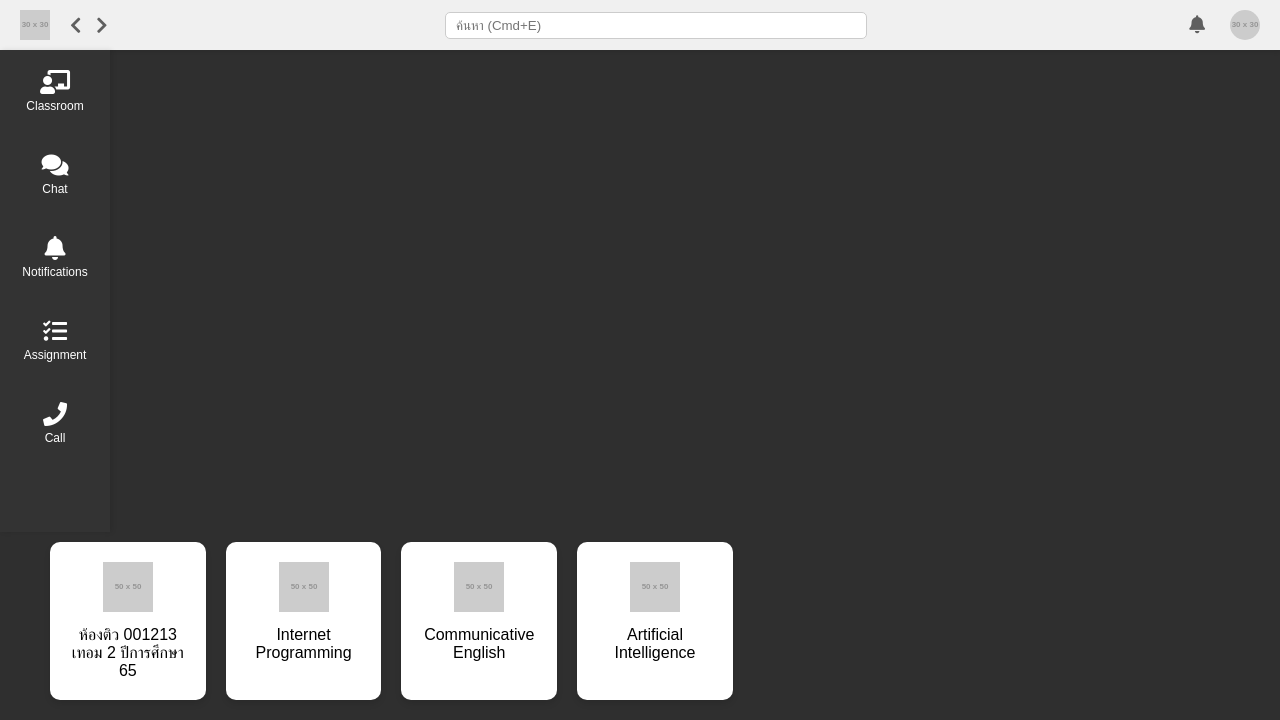
Repository: praifas16/ProPro
Page: docs/studenthead.html
An editor plug-in stored every save of this project. The page is shown before and after the next save, followed by the edit.
The browser window is 1280 px wide. The pictures show the whole page.

Above is the page before, as saved 2024-08-21 20:37:59.

After the next save:
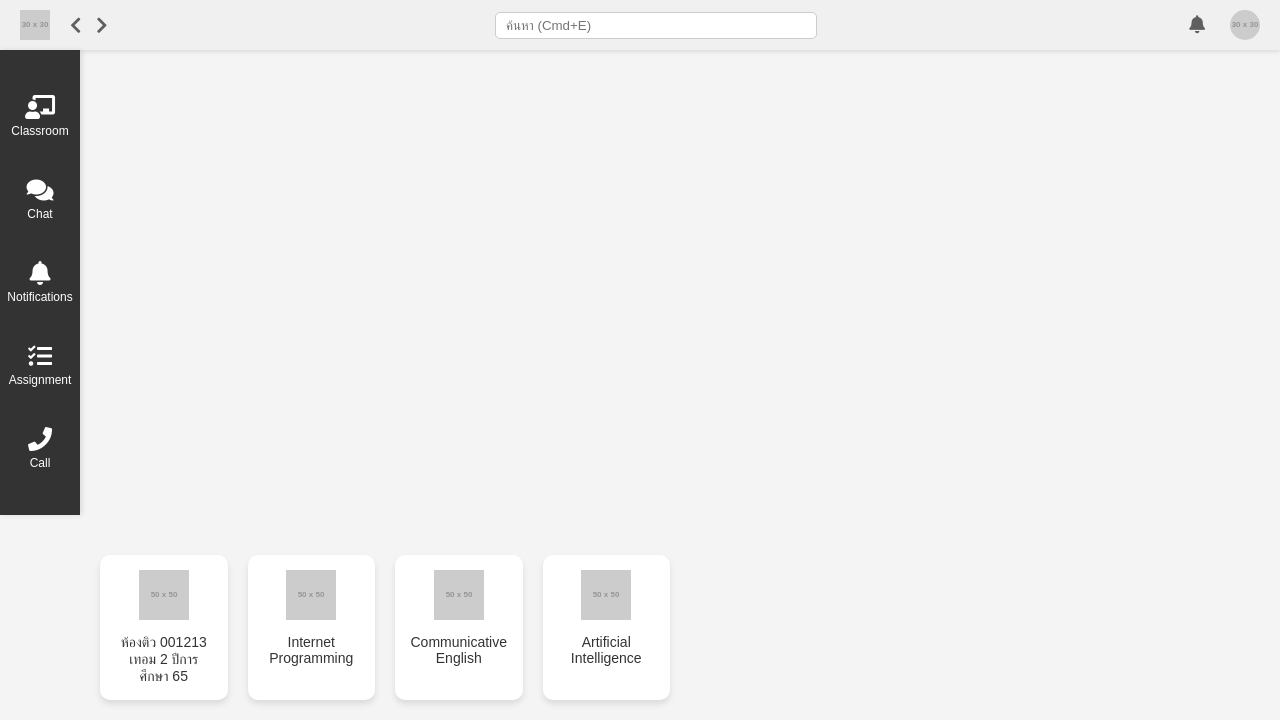
Saved 2 min 41 s later.
--- a/docs/studenthead.html
+++ b/docs/studenthead.html
@@ -10,7 +10,7 @@
         font-family: Arial, sans-serif;
         margin: 0;
         padding: 0;
-        background-color: #2f2f2f;
+        background-color: #f4f4f4;
         display: flex;
         flex-direction: column;
         height: 100vh;
@@ -61,7 +61,7 @@
       }
 
       .topbar .search-bar input {
-        width: 400px;
+        width: 300px;
         padding: 5px 10px;
         border-radius: 5px;
         border: 1px solid #ccc;
@@ -91,11 +91,11 @@
 
       /* เมนูแถบข้าง */
       .sidebar {
-        width: 70px;
+        width: 80px;
         background-color: #333;
         color: white;
         height: calc(100vh - 60px); /* Adjusted to take into account the topbar height */
-        padding: 20px 20px;
+        padding: 10px 0;
         box-shadow: 2px 0 5px rgba(0, 0, 0, 0.1);
         display: flex;
         flex-direction: column;
@@ -103,7 +103,7 @@
       }
 
       .menu-items {
-        margin-top: -10px; /* ขยับเมนูขึ้นไปด้านบน */
+        margin-top: 20px; /* ขยับเมนูขึ้นไปด้านบน */
       }
 
       .sidebar a {
@@ -111,9 +111,9 @@
         flex-direction: column;
         align-items: center;
         color: white;
-        padding: 10px;
+        padding: 15px;
         text-decoration: none;
-        margin-bottom: 20px;
+        margin-bottom: 10px;
         font-size: 12px;
         text-align: center;
       }
@@ -121,7 +121,7 @@
       .sidebar a:hover {
         background-color: #5f5f5f;
         border-radius: 4px;
-        width: 80%;
+        width: 100%;
         text-align: center;
       }
 
@@ -133,14 +133,15 @@
       /* โครงสร้างหน้าเว็บหลัก */
       .main-content {
         flex-grow: 1;
-        padding: 10px 20px 20px 50px; /* ลด padding-top เพื่อขยับขึ้น */
+        padding: 20px;
+        margin-left: 80px; /* เว้นที่ด้านซ้ายสำหรับ sidebar */
       }
 
       .container {
         display: grid;
-        grid-template-columns: repeat(auto-fill, minmax(150px, 1fr));
+        grid-template-columns: repeat(auto-fill, minmax(120px, 1fr));
         gap: 20px;
-        padding-top: 0px; /* ปรับ padding-top ของ container */
+        padding-top: 20px;
       }
 
       .card {
@@ -148,7 +149,7 @@
         border-radius: 10px;
         box-shadow: 0 4px 6px rgba(0, 0, 0, 0.1);
         text-align: center;
-        padding: 20px;
+        padding: 15px;
         transition: transform 0.3s;
       }
 
@@ -164,7 +165,8 @@
 
       .card p {
         margin: 0;
-        font-size: 16px;
+        font-size: 14px;
+        color: #333;
       }
     </style>
   </head>
@@ -195,8 +197,7 @@
     <div class="sidebar">
       <div class="menu-items">
         <a href="#"
-          ><i class="fa fa-chalkboard-teacher"></i><span>Classroom</span></a
-        >
+          ><i class="fa fa-chalkboard-teacher"></i><span>Classroom</span></a>
         <a href="#"><i class="fa fa-comments"></i><span>Chat</span></a>
         <a href="#"><i class="fa fa-bell"></i><span>Notifications</span></a>
         <a href="#"><i class="fa fa-tasks"></i><span>Assignment</span></a>

After the save that followed:
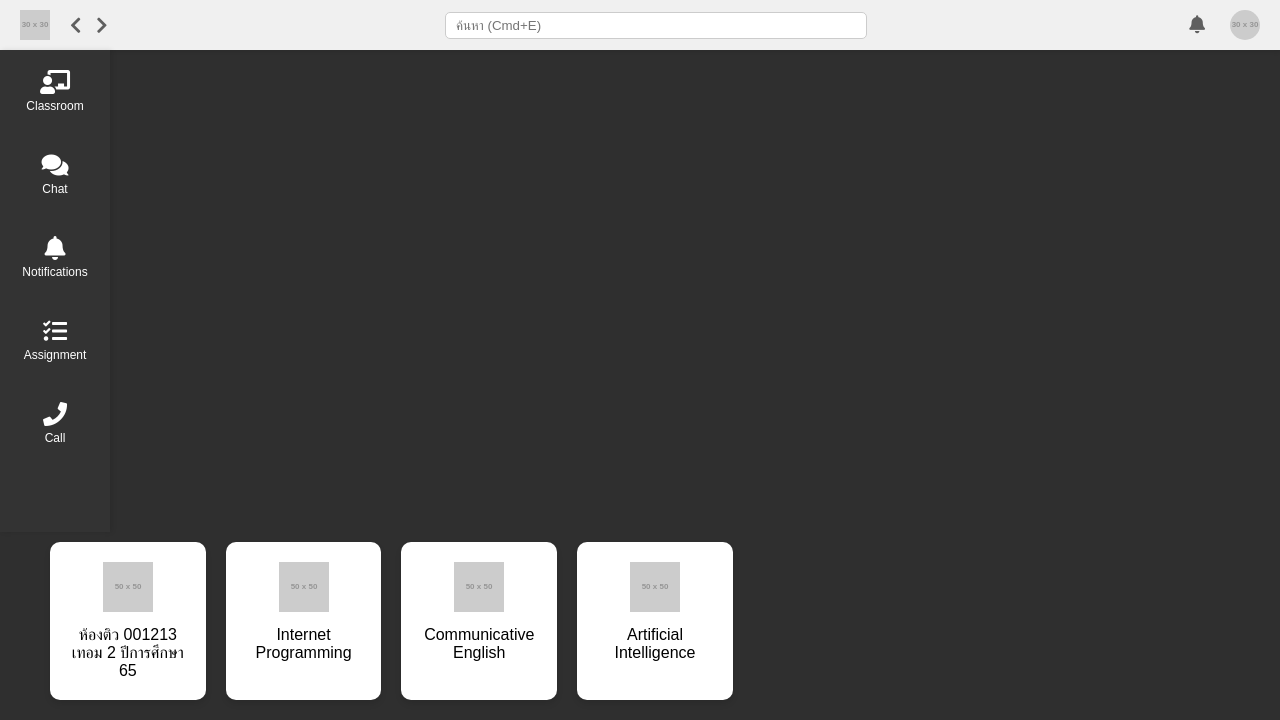
Saved 15 s later.
--- a/docs/studenthead.html
+++ b/docs/studenthead.html
@@ -10,7 +10,7 @@
         font-family: Arial, sans-serif;
         margin: 0;
         padding: 0;
-        background-color: #f4f4f4;
+        background-color: #2f2f2f;
         display: flex;
         flex-direction: column;
         height: 100vh;
@@ -61,7 +61,7 @@
       }
 
       .topbar .search-bar input {
-        width: 300px;
+        width: 400px;
         padding: 5px 10px;
         border-radius: 5px;
         border: 1px solid #ccc;
@@ -91,11 +91,11 @@
 
       /* เมนูแถบข้าง */
       .sidebar {
-        width: 80px;
+        width: 70px;
         background-color: #333;
         color: white;
         height: calc(100vh - 60px); /* Adjusted to take into account the topbar height */
-        padding: 10px 0;
+        padding: 20px 20px;
         box-shadow: 2px 0 5px rgba(0, 0, 0, 0.1);
         display: flex;
         flex-direction: column;
@@ -103,7 +103,7 @@
       }
 
       .menu-items {
-        margin-top: 20px; /* ขยับเมนูขึ้นไปด้านบน */
+        margin-top: -10px; /* ขยับเมนูขึ้นไปด้านบน */
       }
 
       .sidebar a {
@@ -111,9 +111,9 @@
         flex-direction: column;
         align-items: center;
         color: white;
-        padding: 15px;
+        padding: 10px;
         text-decoration: none;
-        margin-bottom: 10px;
+        margin-bottom: 20px;
         font-size: 12px;
         text-align: center;
       }
@@ -121,7 +121,7 @@
       .sidebar a:hover {
         background-color: #5f5f5f;
         border-radius: 4px;
-        width: 100%;
+        width: 80%;
         text-align: center;
       }
 
@@ -133,15 +133,14 @@
       /* โครงสร้างหน้าเว็บหลัก */
       .main-content {
         flex-grow: 1;
-        padding: 20px;
-        margin-left: 80px; /* เว้นที่ด้านซ้ายสำหรับ sidebar */
+        padding: 10px 20px 20px 50px; /* ลด padding-top เพื่อขยับขึ้น */
       }
 
       .container {
         display: grid;
-        grid-template-columns: repeat(auto-fill, minmax(120px, 1fr));
+        grid-template-columns: repeat(auto-fill, minmax(150px, 1fr));
         gap: 20px;
-        padding-top: 20px;
+        padding-top: 0px; /* ปรับ padding-top ของ container */
       }
 
       .card {
@@ -149,7 +148,7 @@
         border-radius: 10px;
         box-shadow: 0 4px 6px rgba(0, 0, 0, 0.1);
         text-align: center;
-        padding: 15px;
+        padding: 20px;
         transition: transform 0.3s;
       }
 
@@ -165,8 +164,7 @@
 
       .card p {
         margin: 0;
-        font-size: 14px;
-        color: #333;
+        font-size: 16px;
       }
     </style>
   </head>
@@ -197,7 +195,8 @@
     <div class="sidebar">
       <div class="menu-items">
         <a href="#"
-          ><i class="fa fa-chalkboard-teacher"></i><span>Classroom</span></a>
+          ><i class="fa fa-chalkboard-teacher"></i><span>Classroom</span></a
+        >
         <a href="#"><i class="fa fa-comments"></i><span>Chat</span></a>
         <a href="#"><i class="fa fa-bell"></i><span>Notifications</span></a>
         <a href="#"><i class="fa fa-tasks"></i><span>Assignment</span></a>
